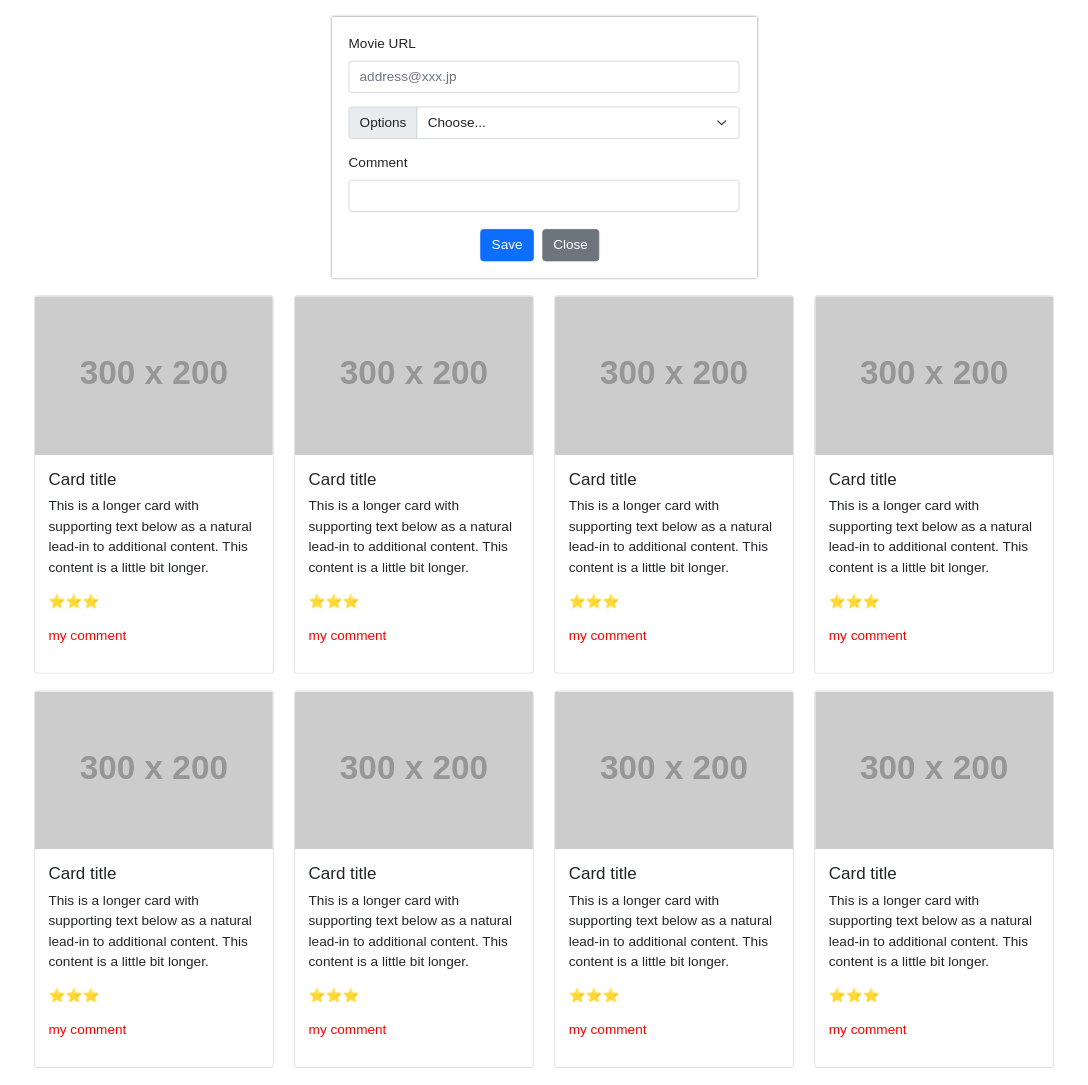
Repository: sinayaka-body/sparta
Page: frontend/test2.html
These files come from the project's save history. The page is drawn as it stood at one moment and after the next save; the edit follows.
The browser window is 1280 px wide. The pictures show the part of the page from y = 250 to 1551 px (the page is 1527 px tall before and 1551 px after), at 85% of full size.
Some web fonts or font styles are not loaded; a fallback is used.

Above is the page before, as saved 2023-04-15 17:18:31.

### frontend/test2.html
<!DOCTYPE html>
<html lang="en">
  <head>
    <meta charset="utf-8" />
    <meta name="viewport" content="width=device-width, initial-scale=1, shrink-to-fit=no" />

    <link href="https://cdn.jsdelivr.net/npm/bootstrap@5.0.2/dist/css/bootstrap.min.css" rel="stylesheet" integrity="sha384-EVSTQN3/azprG1Anm3QDgpJLIm9Nao0Yz1ztcQTwFspd3yD65VohhpuuCOmLASjC" crossorigin="anonymous" />
    <script src="https://ajax.googleapis.com/ajax/libs/jquery/3.5.1/jquery.min.js"></script>
    <script src="https://cdn.jsdelivr.net/npm/bootstrap@5.0.2/dist/js/bootstrap.bundle.min.js" integrity="sha384-MrcW6ZMFYlzcLA8Nl+NtUVF0sA7MsXsP1UyJoMp4YLEuNSfAP+JcXn/tWtIaxVXM" crossorigin="anonymous"></script>

    <title>Spartapedia</title>

    <style>
      @import url("https://fonts.googleapis.com/css2?family=Gowun+Dodum&display=swap");

      * {
        font-family: "Hahmlet", sans-serif;
      }

      .mytitle {
        width: 100%;
        height: 250px;

        background-image: linear-gradient(0deg, rgba(0, 0, 0, 0.5), rgba(0, 0, 0, 0.5)), url("https://movie-phinf.pstatic.net/20210715_95/1626338192428gTnJl_JPEG/movie_image.jpg");
        background-position: center;
        background-size: cover;

        color: white;

        display: flex;
        flex-direction: column;
        align-items: center;
        justify-content: center;
      }

      .mytitle > button {
        width: 200px;
        height: 50px;

        background-color: transparent;
        color: white;

        border-radius: 50px;
        border: 1px solid white;

        margin-top: 10px;
      }

      .mytitle > button:hover {
        border: 2px solid white;
      }

      .mycards {
        margin: 20px auto 0px auto;
        width: 95%;
        max-width: 1200px;
      }

      .mypost {
        width: 95%;
        max-width: 500px;
        margin: 20px auto 0px auto;
        padding: 20px;
        box-shadow: 0px 0px 3px 0px gray;
      }

      .mybtns {
        display: flex;
        flex-direction: row;
        align-items: center;
        justify-content: center;
        margin-top: 20px;
      }

      .mybtns > button {
        margin-right: 10px;
      }

      .row {
        margin-bottom: 20px;
      }
    </style>
  </head>

  <body>
    <div class="mytitle">
      <h1>My favorite movies</h1>
      <button>Save a new movie</button>
    </div>

    <div class="mypost">
      <form>
        <div class="mb-3">
          <label for="exampleInputEmail1" class="form-label">Movie URL</label>
          <input type="url" class="form-control" id="exampleInputURL1" aria-describedby="MovieURL" placeholder="address@xxx.jp" />
        </div>
        <div class="input-group mb-3">
          <label class="input-group-text" for="inputGroupSelect01">Options</label>
          <select class="form-select" id="inputGroupSelect01">
            <option selected>Choose...</option>
            <option value="1">One</option>
            <option value="2">Two</option>
            <option value="3">Three</option>
          </select>
        </div>
        <div class="mb-3">
          <label for="exampleInputPassword1" class="form-label">Comment</label>
          <input type="comment" class="form-control" id="exampleInputPassword1" />
        </div>
        <div class="mybtns">
          <button type="button" class="btn btn-primary">Save</button>
          <button type="button" class="btn btn-secondary">Close</button>
        </div>
      </form>
    </div>

    <div class="mycards">
      <div class="row row-cols-1 row-cols-md-4 g-4">
        <div class="col">
          <div class="card">
            <img src="https://placehold.jp/300x200.png" class="card-img-top" alt="..." />
            <div class="card-body">
              <h5 class="card-title">Card title</h5>
              <p class="card-text">This is a longer card with supporting text below as a natural lead-in to additional content. This content is a little bit longer.</p>
              <p>⭐⭐⭐</p>
              <p style="color: red">my comment</p>
            </div>
          </div>
        </div>
        <div class="col">
          <div class="card">
            <img src="https://placehold.jp/300x200.png" class="card-img-top" alt="..." />
            <div class="card-body">
              <h5 class="card-title">Card title</h5>
              <p class="card-text">This is a longer card with supporting text below as a natural lead-in to additional content. This content is a little bit longer.</p>
              <p>⭐⭐⭐</p>
              <p style="color: red">my comment</p>
            </div>
          </div>
        </div>
        <div class="col">
          <div class="card">
            <img src="https://placehold.jp/300x200.png" class="card-img-top" alt="..." />
            <div class="card-body">
              <h5 class="card-title">Card title</h5>
              <p class="card-text">This is a longer card with supporting text below as a natural lead-in to additional content. This content is a little bit longer.</p>
              <p>⭐⭐⭐</p>
              <p style="color: red">my comment</p>
            </div>
          </div>
        </div>
        <div class="col">
          <div class="card">
            <img src="https://placehold.jp/300x200.png" class="card-img-top" alt="..." />
            <div class="card-body">
              <h5 class="card-title">Card title</h5>
              <p class="card-text">This is a longer card with supporting text below as a natural lead-in to additional content. This content is a little bit longer.</p>
              <p>⭐⭐⭐</p>
              <p style="color: red">my comment</p>
            </div>
          </div>
        </div>
      </div>
      <div class="row row-cols-1 row-cols-md-4 g-4">
        <div class="col">
          <div class="card">
            <img src="https://placehold.jp/300x200.png" class="card-img-top" alt="..." />
            <div class="card-body">
              <h5 class="card-title">Card title</h5>
              <p class="card-text">This is a longer card with supporting text below as a natural lead-in to additional content. This content is a little bit longer.</p>
              <p>⭐⭐⭐</p>
              <p style="color: red">my comment</p>
            </div>
          </div>
        </div>
        <div class="col">
          <div class="card">
            <img src="https://placehold.jp/300x200.png" class="card-img-top" alt="..." />
            <div class="card-body">
              <h5 class="card-title">Card title</h5>
              <p class="card-text">This is a longer card with supporting text below as a natural lead-in to additional content. This content is a little bit longer.</p>
              <p>⭐⭐⭐</p>
              <p style="color: red">my comment</p>
            </div>
          </div>
        </div>
        <div class="col">
          <div class="card">
            <img src="https://placehold.jp/300x200.png" class="card-img-top" alt="..." />
            <div class="card-body">
              <h5 class="card-title">Card title</h5>
              <p class="card-text">This is a longer card with supporting text below as a natural lead-in to additional content. This content is a little bit longer.</p>
              <p>⭐⭐⭐</p>
              <p style="color: red">my comment</p>
            </div>
          </div>
        </div>
        <div class="col">
          <div class="card">
            <img src="https://placehold.jp/300x200.png" class="card-img-top" alt="..." />
            <div class="card-body">
              <h5 class="card-title">Card title</h5>
              <p class="card-text">This is a longer card with supporting text below as a natural lead-in to additional content. This content is a little bit longer.</p>
              <p>⭐⭐⭐</p>
              <p style="color: red">my comment</p>
            </div>
          </div>
        </div>
      </div>
    </div>
  </body>
</html>

After the next save:
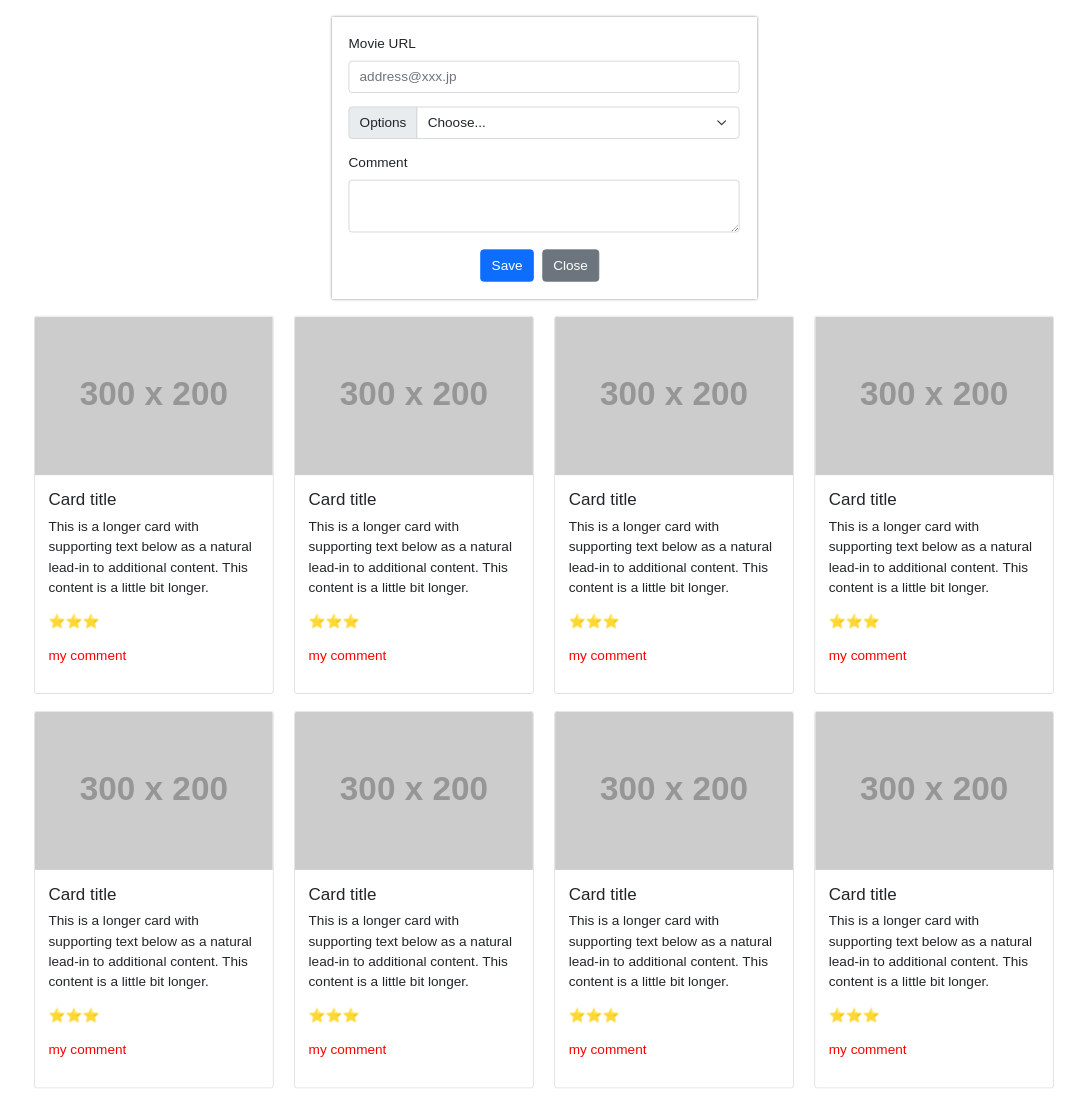
Saved 96 s later.
--- a/frontend/test2.html
+++ b/frontend/test2.html
@@ -105,7 +105,7 @@
         </div>
         <div class="mb-3">
           <label for="exampleInputPassword1" class="form-label">Comment</label>
-          <input type="comment" class="form-control" id="exampleInputPassword1" />
+          <textarea type="comment" class="form-control" id="exampleInputPassword1" /></textarea>
         </div>
         <div class="mybtns">
           <button type="button" class="btn btn-primary">Save</button>
